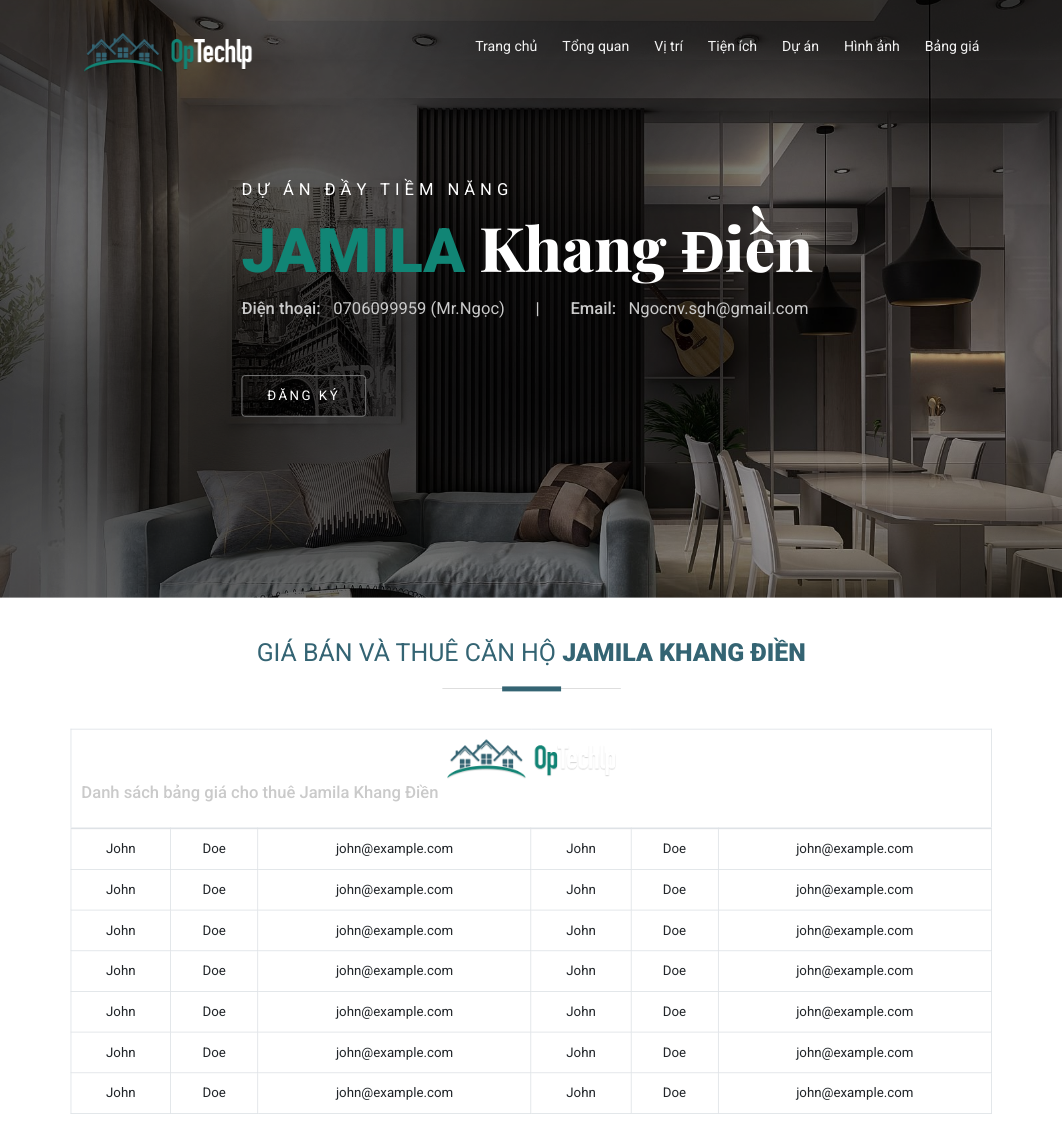
Repository: phunobi1807/Myweb
Page: index.html
These files come from the project's save history. The page is drawn as it stood at one moment and after the next save; the edit follows.
The browser window is 1280 px wide. The pictures show the whole page, at 83% of full size.
Some web fonts or font styles are not loaded; a fallback is used.

Above is the page before, as saved 2021-05-14 11:50:46.

### index.html
<!DOCTYPE html>
<html lang="en">

<head>
    <meta charset="UTF-8">
    <meta http-equiv="X-UA-Compatible" content="IE=edge">
    <meta name="viewport" content="width=device-width, initial-scale=1.0">
    <link rel="stylesheet" type="text/css" href="./css/style.css">
    <title>JAMILA Khang Điền</title>
</head>

<body>
    <header>
        <a href="#" class="logo">
            <img src="./image/logo-banner.png" alt="logo">
        </a>
        <div class="menuToggle" onclick="toggleMenu"></div>
        <ul class="navigation">
            <li><a href="#" onclick="toggleMenu">Trang chủ</a></li>
            <li><a href="#" onclick="toggleMenu">Tổng quan</a></li>
            <li><a href="#" onclick="toggleMenu">Vị trí</a></li>
            <li><a href="#" onclick="toggleMenu">Tiện ích</a></li>
            <li><a href="#" onclick="toggleMenu">Dự án</a></li>
            <li><a href="#" onclick="toggleMenu">Hình ảnh</a></li>
            <li><a href="#" onclick="toggleMenu">Bảng giá</a></li>
        </ul>
    </header>
    <section class="banner" id="banner">
        <div class="content">
            <p class="title">dự án đầy tiềm năng</p>
            <h3><strong>JAMILA</strong> Khang Điền</h3>
            <div class="content-contact">
                <p class="phone">Điện thoại: <span class="number-phone">0706099959 (Mr.Ngọc)</span></p>
                <div class="gachgiua">|</div>
                <p class="email">Email: <span class="email">Ngocnv.sgh@gmail.com</span></p>
            </div>
            <div class="input">
                <input type="button" class="btn btn-outline" value="Đăng ký">
            </div>
        </div>
    </section>
    <section class="price-apartment mt-5">
        <div class="container text-center">
            <div class="list-price-apartment">
                <h1>giá bán và thuê căn hộ <span>jamila khang điền</span></h1>
                <div class="gach-chan">
                    <div class="gachchan"></div>
                </div>
                <table class="table table-bordered mt-5">
                    <thead>
                        <tr>
                            <th colspan="6">
                                <img src="./image/logo-banner.png" alt="">
                                <p>Danh sách bảng giá cho thuê Jamila Khang Điền</p>
                            </th>
                        </tr>
                    </thead>
                    <tbody>
                        <tr>
                            <td>John</td>
                            <td>Doe</td>
                            <td>john@example.com</td>
                            <td>John</td>
                            <td>Doe</td>
                            <td>john@example.com</td>
                        </tr>
                        <tr>
                            <td>John</td>
                            <td>Doe</td>
                            <td>john@example.com</td>
                            <td>John</td>
                            <td>Doe</td>
                            <td>john@example.com</td>
                        </tr>
                        <tr>
                            <td>John</td>
                            <td>Doe</td>
                            <td>john@example.com</td>
                            <td>John</td>
                            <td>Doe</td>
                            <td>john@example.com</td>
                        </tr>
                        <tr>
                            <td>John</td>
                            <td>Doe</td>
                            <td>john@example.com</td>
                            <td>John</td>
                            <td>Doe</td>
                            <td>john@example.com</td>
                        </tr>
                        <tr>
                            <td>John</td>
                            <td>Doe</td>
                            <td>john@example.com</td>
                            <td>John</td>
                            <td>Doe</td>
                            <td>john@example.com</td>
                        </tr>
                        <tr>
                            <td>John</td>
                            <td>Doe</td>
                            <td>john@example.com</td>
                            <td>John</td>
                            <td>Doe</td>
                            <td>john@example.com</td>
                        </tr>
                        <tr>
                            <td>John</td>
                            <td>Doe</td>
                            <td>john@example.com</td>
                            <td>John</td>
                            <td>Doe</td>
                            <td>john@example.com</td>
                        </tr>

                    </tbody>

                </table>
            </div>
        </div>
    </section>
    <link rel="stylesheet" href="https://maxcdn.bootstrapcdn.com/bootstrap/4.5.2/css/bootstrap.min.css">
    <script src="https://ajax.googleapis.com/ajax/libs/jquery/3.5.1/jquery.min.js"></script>
    <script src="https://cdnjs.cloudflare.com/ajax/libs/popper.js/1.16.0/umd/popper.min.js"></script>
    <script src="https://maxcdn.bootstrapcdn.com/bootstrap/4.5.2/js/bootstrap.min.js"></script>
    <script type="text/javascript">
        window.addEventListener('scroll', function() {
            const header = document.querySelector('header');
            header.classList.toggle("sticky", window.scrollY > 0);
        });

        function toggleMenu() {
            const menutoggle = document.querySelector('.menuToggle');
            const navigation = document.querySelector('.navigation');
            menuToggle.classList.toggle('active');
            navigation.classList.toggle('active');
        }
    </script>
</body>

</html>
<!-- <script type="text/javascript">
    window.addEventListener('scroll', function() {
        const header = document.querySelector('header');
        header.classList.toggle("sticky", window.scrollY > 0);
    });

    function toggleMenu() {
        const menuToggle = document.querySelector('.menuToggle');
        const navigation = document.querySelector('.navigation');
        menuToggle.classList.toggle('active');
        navigation.classList.toggle('active');
    }
</script> -->

### css/style.css
    @import url(https://fonts.googleapis.com/css2?family=Roboto:wght@100;200;300;400;500;600;800;900&display=swap);
    @import url(https://fonts.googleapis.com/css2?family=Playfair+Display:wght@100;200;300;400;500;600;800;900&display=swap);
    * {
        margin: 0;
        padding: 0;
        box-sizing: border-box;
        font-family: 'Roboto', 'Regular';
        scroll-behavior: smooth;
    }

    body {
        overflow-x: hidden;
    }

    p {
        font-weight: 300;
        color: #ffffff;
    }

    .banner {
        position: relative;
        width: 100%;
        min-height: 100vh;
        display: flex;
        justify-content: center;
        align-items: center;
        background: url('../image/banner.png');
        background-size: cover;
    }

    .banner .content {
        max-width: 900px;
        text-align: left;
    }

    .banner .content p.title {
        font-size: 20px;
        opacity: 100%;
        text-transform: uppercase;
        font-weight: 400;
        letter-spacing: 6px;
        line-height: 20px;
        color: #ffffff;
    }

    .banner .content h3 {
        font-family: 'Playfair Display', serif;
        font-size: 74px;
        font-style: bold;
        font-weight: 700;
        color: #ffffff;
        text-align: left;
    }

    .banner .content h3 strong {
        color: #118575;
    }

    .banner .content .content-contact {
        margin-bottom: 50px;
    }

    .banner .content .content-contact,
    p {
        display: flex;
        color: #cacaca;
        font-size: 20px;
        font-style: bold;
        font-weight: 500;
    }

    .banner .content .content-contact p span {
        padding: 0px 15px;
        font-weight: 400;
        font-style: normal;
        color: #cacaca;
    }

    .banner .content .content-contact .gachgiua {
        padding-right: 15px;
        margin: 0px 22px;
    }

    .banner .content .input input {
        width: 150px;
        height: 50px;
        border: 1px solid;
        /* opacity: 40%; */
        color: #ffffff;
        border-color: #8a8a8a;
        text-transform: uppercase;
        letter-spacing: 3px;
        transition: 0.5s;
    }

    .banner .content .input input:hover {
        width: 160px;
        transition: 0.5s;
        background-color: #118575;
    }

    .banner .content .input input::-ms-value {
        color: red;
    }

    header {
        position: fixed;
        top: 0;
        left: 0;
        width: 100%;
        padding: 40px 100px;
        z-index: 10;
        display: flex !important;
        justify-content: space-between;
        align-items: center;
        transition: 0.5s;
    }

    header.sticky {
        background: rgb(43, 43, 43);
        padding: 10px 100px;
        box-shadow: 0 5px 20px rgba(0, 0, 0, 0.05);
    }

    header.sticky ul {
        margin-top: 14px;
        line-height: 14px;
    }

    header .navigation {
        position: relative;
        display: flex;
    }

    header .navigation li {
        list-style-type: none;
        margin-left: 30px;
    }

    header .navigation li a {
        opacity: 100%;
        font-size: 17px;
        text-decoration: none;
        color: #f2f2f2;
        line-height: 20px;
    }

    header.sticky .navigation li a {
        color: #fff;
    }

    header .navigation li a:hover {
        color: #118575;
        letter-spacing: 3px;
        transition: 1s;
        text-transform: uppercase;
    }
    /* giá bán căn hộ trong bảng  */

    .price-apartment h1 {
        font-size: 30px;
        text-transform: uppercase;
        font-weight: 400;
        color: #346473;
    }

    .price-apartment h1 span {
        font-weight: 900;
    }

    .price-apartment .gach-chan {
        border-bottom: 1px solid #d7d7d7;
        width: 215px;
        margin-left: 28rem;
        z-index: 1;
        margin-top: 25px;
    }

    .price-apartment .gachchan {
        position: absolute;
        border: 3px solid #346473;
        width: 71px;
        margin-left: 4.5rem;
        z-index: 10;
        margin-top: -2.5px;
    }
    /* end giá bán căn hộ trong bảng  */

After the next save:
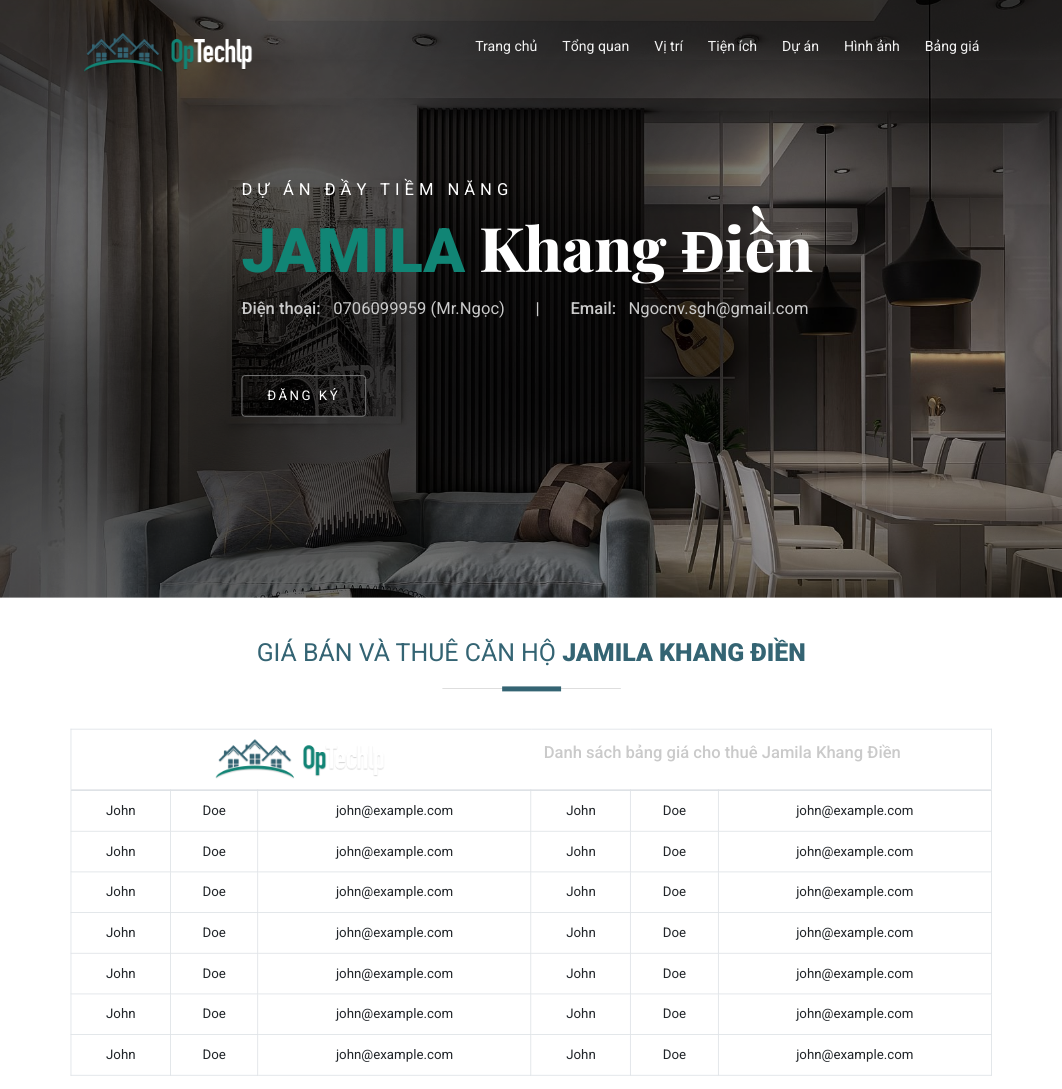
Saved 41 s later.
--- a/index.html
+++ b/index.html
@@ -50,8 +50,14 @@
                     <thead>
                         <tr>
                             <th colspan="6">
-                                <img src="./image/logo-banner.png" alt="">
-                                <p>Danh sách bảng giá cho thuê Jamila Khang Điền</p>
+                                <div class="row">
+                                    <div class="col-lg-6"> <img src="./image/logo-banner.png" alt=""></div>
+                                    <div class="col-lg-6">
+                                        <p>Danh sách bảng giá cho thuê Jamila Khang Điền</p>
+                                    </div>
+                                </div>
+
+
                             </th>
                         </tr>
                     </thead>

After the save that followed:
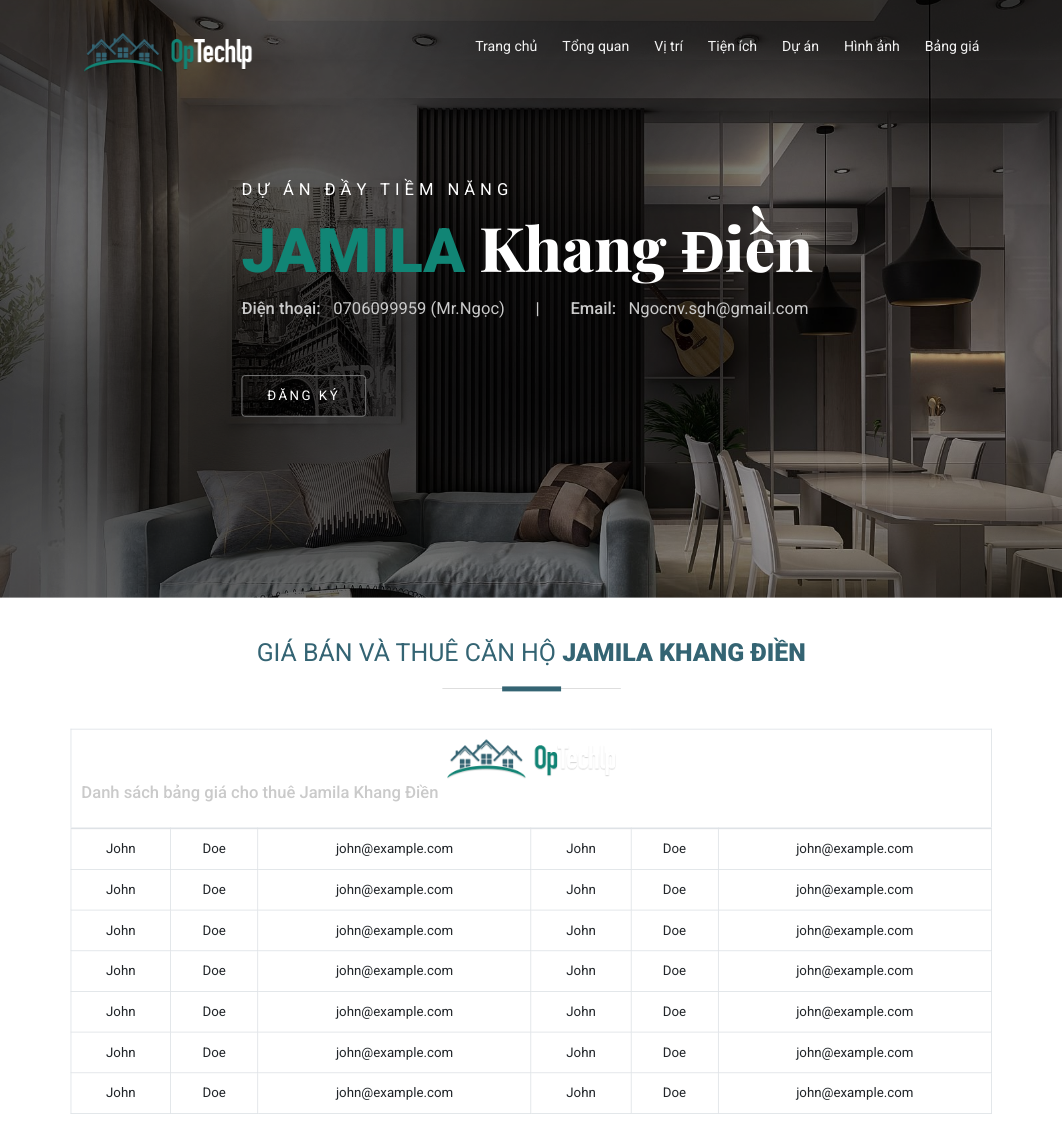
Saved 32 s later.
--- a/index.html
+++ b/index.html
@@ -50,14 +50,10 @@
                     <thead>
                         <tr>
                             <th colspan="6">
-                                <div class="row">
-                                    <div class="col-lg-6"> <img src="./image/logo-banner.png" alt=""></div>
-                                    <div class="col-lg-6">
-                                        <p>Danh sách bảng giá cho thuê Jamila Khang Điền</p>
-                                    </div>
+                                <div class="title-table">
+                                    <img src="./image/logo-banner.png" alt="">
+                                    <p>Danh sách bảng giá cho thuê Jamila Khang Điền</p>
                                 </div>
-
-
                             </th>
                         </tr>
                     </thead>
